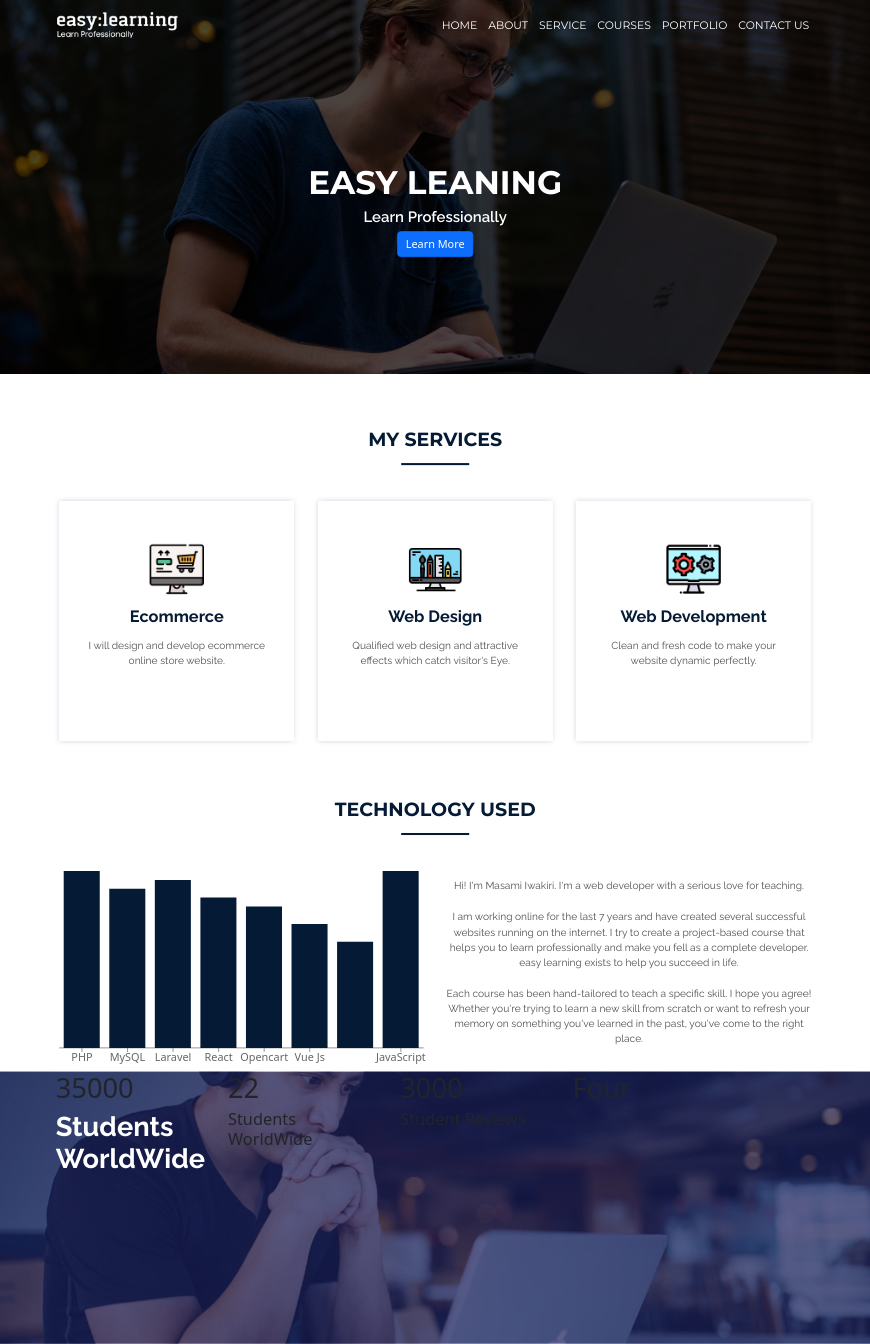
Repository: masamichan/free_video_app
Page: /
The author's editor kept a copy of each file at every save. The page is drawn from the files as they stood at one save, then again after the next save.
The browser window is 1280 px wide. The pictures show the whole page, at 68% of full size.
Backgrounds fixed to the window are drawn as part of the page. The project was rebuilt for these pictures with package versions that can differ from the ones it lists, and the page was loaded fresh each time.

Above is the page before, as saved 2023-01-29 12:37:48.

### public/index.html
<!DOCTYPE html>
<html lang="en">
  <head>
    <meta charset="utf-8" />
    <link rel="icon" href="%PUBLIC_URL%/icon.png" />
    <meta name="viewport" content="width=device-width, initial-scale=1" />
    <meta name="theme-color" content="#000000" />
    <meta
      name="description"
      content="Web site created using create-react-app"
    />

    <link rel="manifest" href="%PUBLIC_URL%/manifest.json" />

    <link rel="preconnect" href="https://fonts.googleapis.com">
    <link rel="preconnect" href="https://fonts.gstatic.com" crossorigin>
    <link
      href="https://fonts.googleapis.com/css2?family=Montserrat:wght@400;700;800&family=Raleway:wght@300;400;600;700&display=swap"
      rel="stylesheet">

    <title>Easy Leaning</title>
  </head>
  <body>
    <noscript>You need to enable JavaScript to run this app.</noscript>
    <div style="width: 100%;" id="root"></div>

  </body>
</html>

### src/App.js
import React from "react";
import Analysis from "./components/Analysis/Analysis";
import Services from "./components/Services/Services";
import Summary from "./components/Summary/Summary";
import { TopBanner } from "./components/TopBanner/TopBanner";
import TopNavigation from "./components/TopNavigation/TopNavigation";

function App() {
  return (
    <div>
      <TopNavigation />
      <TopBanner />
      <Services />
      <Analysis />
      <Summary />
    </div>
  );
}

export default App;

### src/components/Analysis/Analysis.jsx
import React, { Component, Fragment } from "react";
import { Col, Container, Row } from "react-bootstrap";
import { Bar, BarChart, ResponsiveContainer, Tooltip, XAxis } from "recharts";
class Analysis extends Component {
  constructor() {
    super();
    this.state = {
      data: [
        { Technology: "PHP", Projects: 100 },
        { Technology: "MySQL", Projects: 90 },
        { Technology: "Laravel", Projects: 95 },
        { Technology: "React", Projects: 85 },
        { Technology: "Opencart", Projects: 80 },
        { Technology: "Vue Js", Projects: 70 },
        { Technology: "Django", Projects: 60 },
        { Technology: "JavaScript", Projects: 100 },
      ],
    };
  }

  render() {
    var blue = "#051b35";
    return (
      <Fragment>
        <Container className="text-center">
          <h1 className="serviceMainTitle">TECHNOLOGY USED</h1>
          <div className="bottom"></div>
          <Row>
            <Col
              style={{ width: "100", height: "300px" }}
              lg={6}
              md={12}
              sm={12}
            >
              <ResponsiveContainer>
                <BarChart width={100} height={300} data={this.state.data}>
                  <XAxis dataKey="Technology" />
                  <Tooltip />
                  <Bar dataKey="Projects" fill={blue}></Bar>
                </BarChart>
              </ResponsiveContainer>
            </Col>

            <Col lg={6} md={12} sm={12}>
              <p className="text-justify serviceDescription">
                Hi! I'm Masami Iwakiri. I'm a web developer with a serious love
                for teaching. <br></br>
                <br></br>I am working online for the last 7 years and have
                created several successful websites running on the internet. I
                try to create a project-based course that helps you to learn
                professionally and make you fell as a complete developer. easy
                learning exists to help you succeed in life.<br></br>
                <br></br>
                Each course has been hand-tailored to teach a specific skill. I
                hope you agree! Whether you're trying to learn a new skill from
                scratch or want to refresh your memory on something you've
                learned in the past, you've come to the right place.
              </p>
            </Col>
          </Row>
        </Container>
      </Fragment>
    );
  }
}
export default Analysis;

### src/components/Services/Services.jsx
import React, { Component, Fragment } from "react";
import { Col, Container, Row } from "react-bootstrap";
import designIcon from "../../asset/image/design.png";
import ecommerceIcon from "../../asset/image/ecommerce.png";
import webIcon from "../../asset/image/web.png";

export class Services extends Component {
  render() {
    return (
      <Fragment>
        <Container className="text-center">
          <h1 className="serviceMainTitle">MY SERVICES</h1>
          <div className="bottom"></div>
          <Row>
            <Col lg={4} md={6} sm={12}>
              <div className="serviceCard text-center">
                <img className="ecommerceIcon" src={ecommerceIcon} />
                <h2 className="serviceName">Ecommerce</h2>
                <p className="serviceDescription">
                  I will design and develop ecommerce online store website.
                </p>
              </div>
            </Col>
            <Col lg={4} md={6} sm={12}>
              <div className="serviceCard text-center">
                <img className="designIcon" src={designIcon} />
                <h2 className="serviceName">Web Design</h2>
                <p className="serviceDescription">
                  Qualified web design and attractive effects which catch
                  visitor's Eye.
                </p>
              </div>
            </Col>
            <Col lg={4} md={6} sm={12}>
              <div className="serviceCard text-center">
                <img className="webIcon" src={webIcon} />
                <h2 className="serviceName">Web Development</h2>
                <p className="serviceDescription">
                  Clean and fresh code to make your website dynamic perfectly.
                </p>
              </div>
            </Col>
          </Row>
        </Container>
      </Fragment>
    );
  }
}

export default Services;

### src/components/Summary/Summary.jsx
import React, { Component, Fragment } from "react";
import { Col, Container, Row } from "react-bootstrap";
export class Summary extends Component {
  render() {
    return (
      <Fragment>
        <Container fluid={true} className="summaryBanner p-0">
          <div className="summaryBannerOverlay">
            <Container>
              <Row>
                <Col lg={8} md={6} sm={12}>
                  <Row>
                    <Col>
                      <h1 className="countName">35000</h1>
                      <h4 className="countTitle">Students WorldWide</h4>
                    </Col>
                    <Col>
                      <h1>22</h1>
                      <h4>Students WorldWide</h4>
                    </Col>
                    <Col>
                      <h1>3000</h1>
                      <h4>Student Reviews</h4>
                    </Col>
                  </Row>
                </Col>
                <Col lg={4} md={6} sm={12}>
                  <h1>Four</h1>
                </Col>
              </Row>
            </Container>
          </div>
        </Container>
      </Fragment>
    );
  }
}

export default Summary;

### src/components/TopBanner/TopBanner.jsx
import React, { Component, Fragment } from "react";
import { Button, Col, Container, Row } from "react-bootstrap";

export class TopBanner extends Component {
  render() {
    return (
      <Fragment>
        <Container fluid={true} className="topFixedBanner p-0">
          <div className="topBannerOverlay">
            <Container className="topContent">
              <Row>
                <Col className="text-center">
                  <h1 className="topTitle">EASY LEANING</h1>
                  <h4 className="topSubTitle">Learn Professionally</h4>
                  <Button variant="primary">Learn More</Button>
                </Col>
              </Row>
            </Container>
          </div>
        </Container>
      </Fragment>
    );
  }
}

export default TopBanner;

### src/components/TopNavigation/TopNavigation.jsx
import React, { Component, Fragment } from "react";
import { Nav, Navbar, NavDropdown } from "react-bootstrap";
import { Container } from "react-bootstrap";
import whiteLogo from "../../asset/image/logo_white.png";
import blackLogo from "../../asset/image/logo_black.png";
import "../../asset/css/custom.css";
import "../../asset/css/bootstrap.css";

export class TopNavigation extends Component {
  constructor() {
    super();
    this.state = {
      navBarTitle: "navTitle",
      navBarLogo: [whiteLogo],
      navBarBack: "navBackground",
      navBarItem: "navItem",
    };
  }

  onScroll = () => {
    if (window.scrollY > 100) {
      this.setState({
        navBarTitle: "navTitleScroll",
        navBarLogo: [blackLogo],
        navBarBack: "navBackgroundScroll",
        navBarItem: "navItemScroll",
      });
    } else if (window.scrollY < 100) {
      this.setState({
        navBarTitle: "navTitle",
        navBarLogo: [whiteLogo],
        navBarBack: "navBackground",
        navBarItem: "navItem",
      });
    }
  };

  componentDidMount() {
    window.addEventListener("scroll", this.onScroll);
  }

  render() {
    return (
      <Fragment>
        <Navbar
          className={this.state.navBarBack}
          collapseOnSelect
          fixed="top"
          expand="lg"
          variant="dark"
        >
          <Container>
            <Navbar.Brand className={this.state.navBarTitle} href="#home">
              <img src={this.state.navBarLogo} />
            </Navbar.Brand>
            <Navbar.Toggle aria-controls="responsive-navbar-nav" />
            <Navbar.Collapse id="responsive-navbar-nav">
              <Nav className="me-auto"></Nav>
              <Nav>
                <Nav.Link className={this.state.navBarItem} href="#deets">
                  HOME
                </Nav.Link>
                <Nav.Link className={this.state.navBarItem} href="#deets">
                  ABOUT
                </Nav.Link>
                <Nav.Link className={this.state.navBarItem} href="#deets">
                  SERVICE
                </Nav.Link>
                <Nav.Link className={this.state.navBarItem} href="#deets">
                  COURSES
                </Nav.Link>
                <Nav.Link className={this.state.navBarItem} href="#deets">
                  PORTFOLIO
                </Nav.Link>
                <Nav.Link className={this.state.navBarItem} href="#deets">
                  CONTACT US
                </Nav.Link>
              </Nav>
            </Navbar.Collapse>
          </Container>
        </Navbar>
      </Fragment>
    );
  }
}

export default TopNavigation;

### src/asset/css/custom.css
.topFixedBanner {
  background-image: url("../image/banner.jpg");
  min-height: 550px;
  background-attachment: fixed;
  background-position: center;
  background-repeat: no-repeat;
  background-size: cover;
}
.topBannerOverlay {
  position: absolute;
  min-height: 550px;
  width: 100%;
  background: rgb(0, 0, 0, 0.7);
}

.topContent {
  margin-top: 15em;
}

.topTitle {
  font-family: "Montserrat", sans-serif;
  font-weight: 700;
  color: #ffffff;
  font-size: 48px;
}

.topSubTitle {
  font-family: "Raleway", san-serif;
  font-weight: 600;
  color: #ffffff;
  font-size: 22px;
}

.ecommerceIcon {
  height: 80px;
  width: 80px;
}

.designIcon {
  height: 80px;
  width: 80px;
}

.webIcon {
  height: 80px;
  width: 80px;
}

.serviceCard {
  margin: 5px 5px 5px 5px;
  height: 22rem;
  padding: 60px 30px 60px 30px;
  box-shadow: 0 0 8px 0 rgb(4, 55, 105, 0.2);
}

.serviceCard:hover {
  margin: 5px 5px 5px 5px;
  height: 22rem;
  padding: 60px 30px 60px 30px;
  box-shadow: 0 0 16px 0 rgb(4, 55, 105, 0.2);
}

.serviceName {
  color: #051b35;
  margin-top: 1rem;
  font-family: "Raleway", sans-serif;
  font-size: 24px;
  font-weight: 700;
}

.serviceDescription {
  color: #505050;
  margin-top: 1rem;
  font-family: "Raleway", sans-serif;
  font-size: 15px;
  font-weight: 400;
}

.serviceMainTitle {
  color: #051b35;
  margin-top: 5rem;
  margin-bottom: 3rem;
  font-family: "Montserrat", sans-serif;
  font-weight: 700;
  font-size: 28px;
}

.bottom {
  background: #051b35 none repeat scroll 0 0;
  height: 3px;
  width: 100px;
  margin: -1.9rem auto 0;
  margin-bottom: 3rem;
}

.navTitle {
  font-family: "Montserrat", sans-serif;
  color: #ffffff !important;
  font-weight: 700;
  font-size: 30px;
}

.navTitleScroll {
  font-family: "Montserrat", sans-serif;
  color: #051b35 !important;
  font-weight: 700;
  font-size: 30px;
}

.navBackground {
  -webkit-transition: background-color 400ms llinear;
  -moz-transition: background-color 400ms linear;
  -o-transition: background-color 400ms linear;
  transition: background-color 400ms linear;
  background-color: rgb(00, 00, 00, 0) !important;
}

.navBackgroundScroll {
  -webkit-transition: background-color 400ms llinear;
  -moz-transition: background-color 400ms linear;
  -o-transition: background-color 400ms linear;
  transition: background-color 400ms linear;
  background-color: #ffffff;
}

.navItem {
  text-decoration: none !important;
  font-family: "Montserrat", sans-serif;
  color: #ffffff !important;
  font-weight: 700;
  font-size: 16px;
}

.navItemScroll {
  text-decoration: none !important;
  font-family: "Montserrat", sans-serif;
  color: #000000 !important;
  font-weight: 700;
  font-size: 16px;
}
.summaryBanner {
  background-image: url("../image/summary.jpg");
  min-height: 400px;
  background-attachment: fixed;
  background-position: center;
  background-repeat: no-repeat;
  background-size: cover;
}
.summaryBannerOverlay {
  position: absolute;
  min-height: 400px;
  width: 100%;
  background: rgb(27, 31, 92, 0.7);
}
.countNumber {
  color: #ffffff;
  font-family: "Montserrat", sans-serif;
  font-weight: 700;
  font-size: 40px;
}

.countTitle {
  color: #ffffff;
  font-family: "Raleway", sans-serif;
  font-weight: 700;
  font-size: 40px;
}

Loaded but not shown: src/index.js (common file); src/asset/css/bootstrap.css (library)

After the next save:
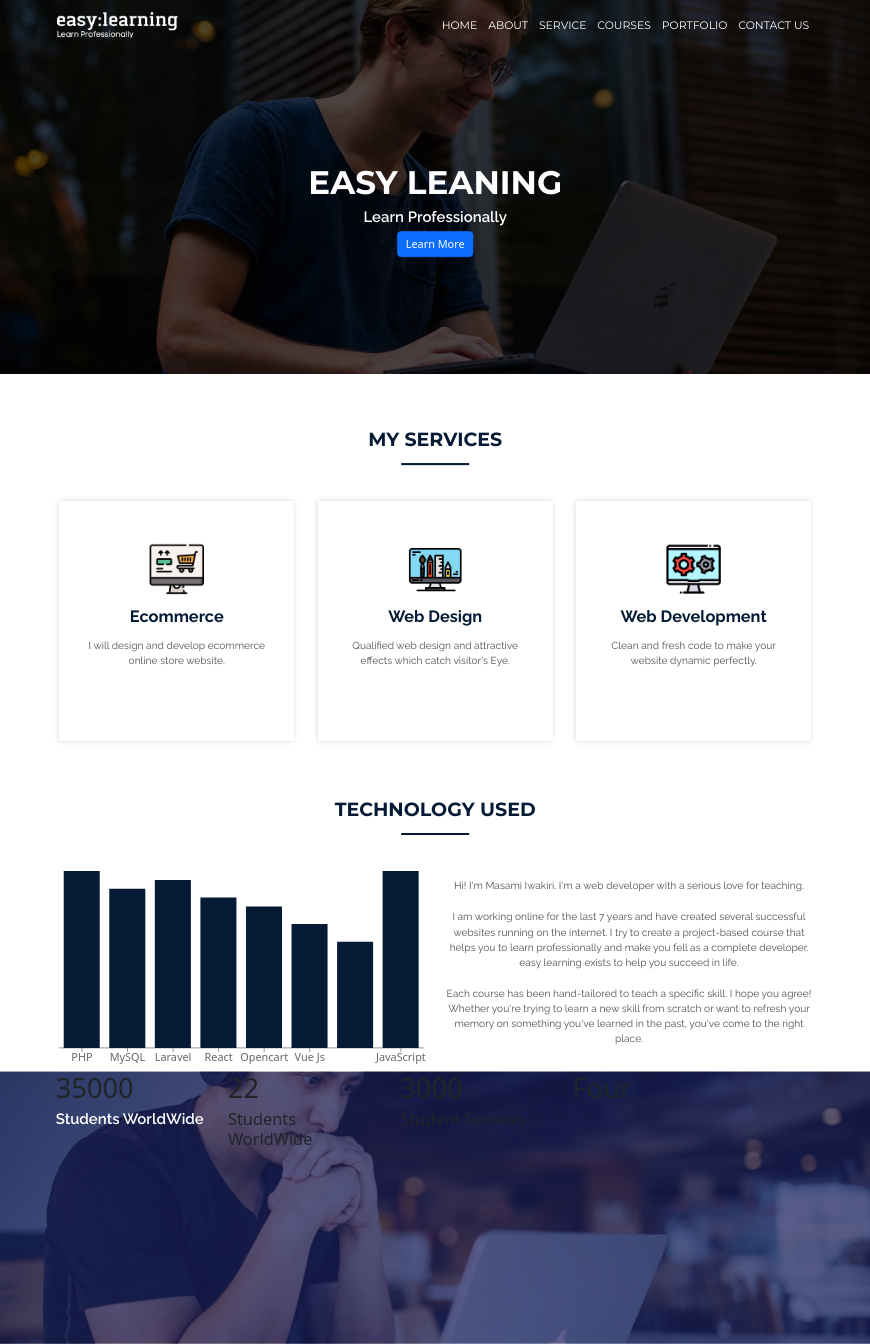
Saved 30 s later.
--- a/src/asset/css/custom.css
+++ b/src/asset/css/custom.css
@@ -162,6 +162,6 @@
 .countTitle {
   color: #ffffff;
   font-family: "Raleway", sans-serif;
-  font-weight: 700;
-  font-size: 40px;
+  font-weight: 600;
+  font-size: 22px;
 }
